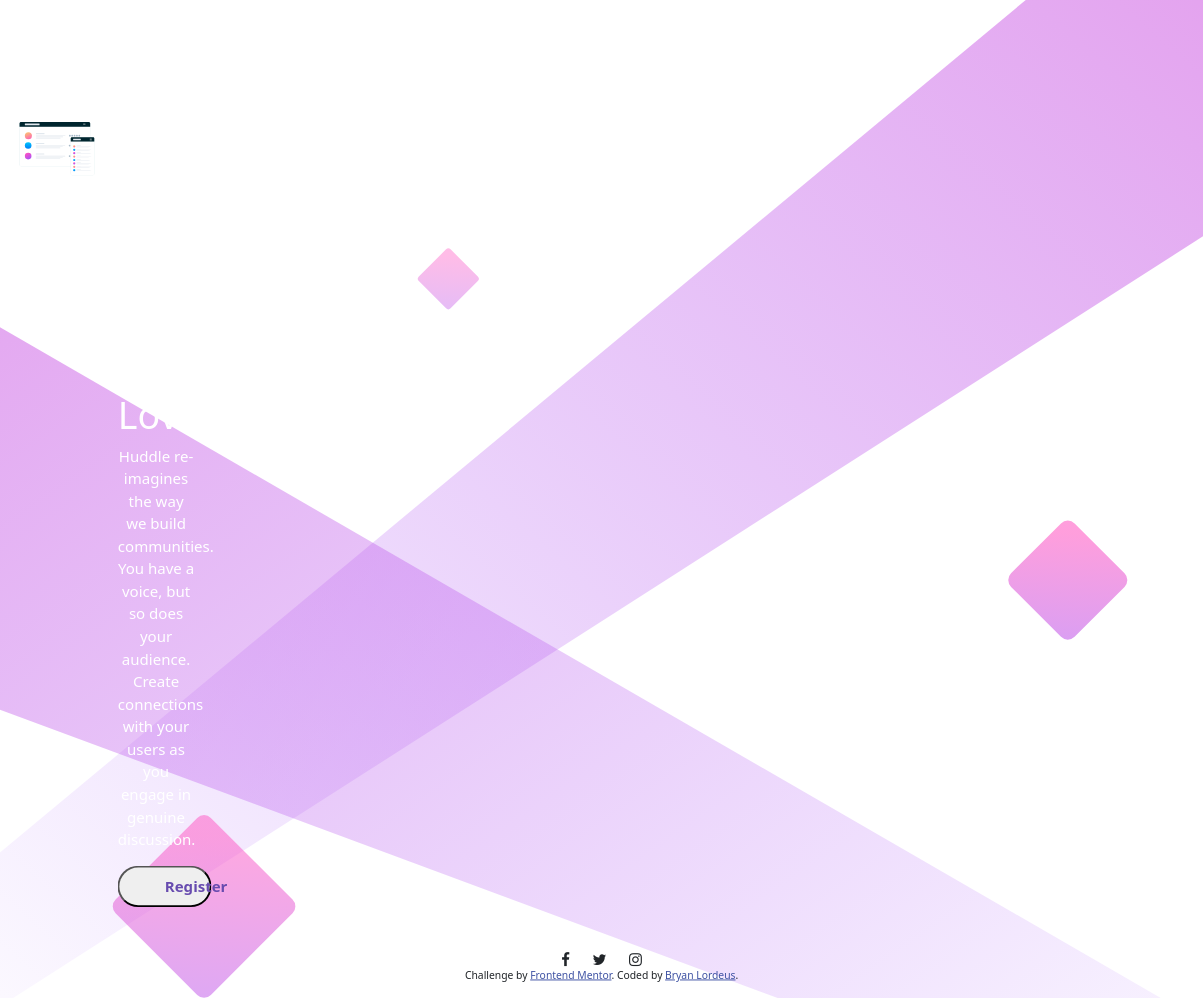
Repository: blordeus/huddle-landing-page-with-single-introductory-section-master
Page: index.html
The author's editor kept a copy of each file at every save. The page is drawn from the files as they stood at one save, then again after the next save.
The browser window is 1280 px wide. The pictures show the whole page, at 94% of full size.
The style sheet was rebuilt from its Sass, Less or Tailwind sources for each picture, by a compiler version that may differ from the author's.

Above is the page before, as saved 2023-08-31 19:52:19.

After the next save:
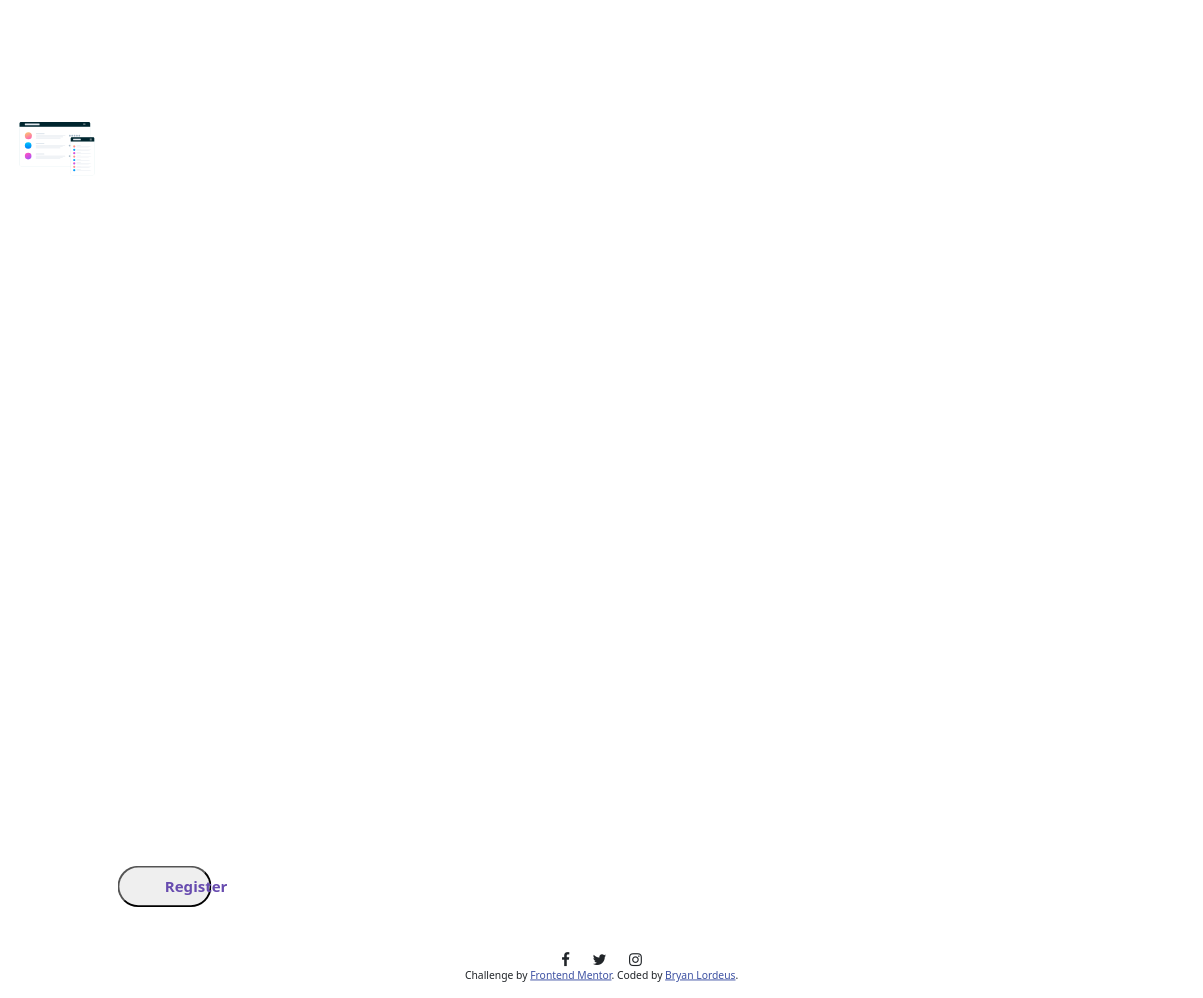
Saved 12 s later.
--- a/style.scss
+++ b/style.scss
@@ -13,7 +13,6 @@
 
 body {
     font-family: 'Open Sans', sans-serif;
-    background-image: url('./images/bg-mobile.svg');
     background-repeat: no-repeat;
     background-color: var(--violet);
     background-size: cover;

After the save that followed:
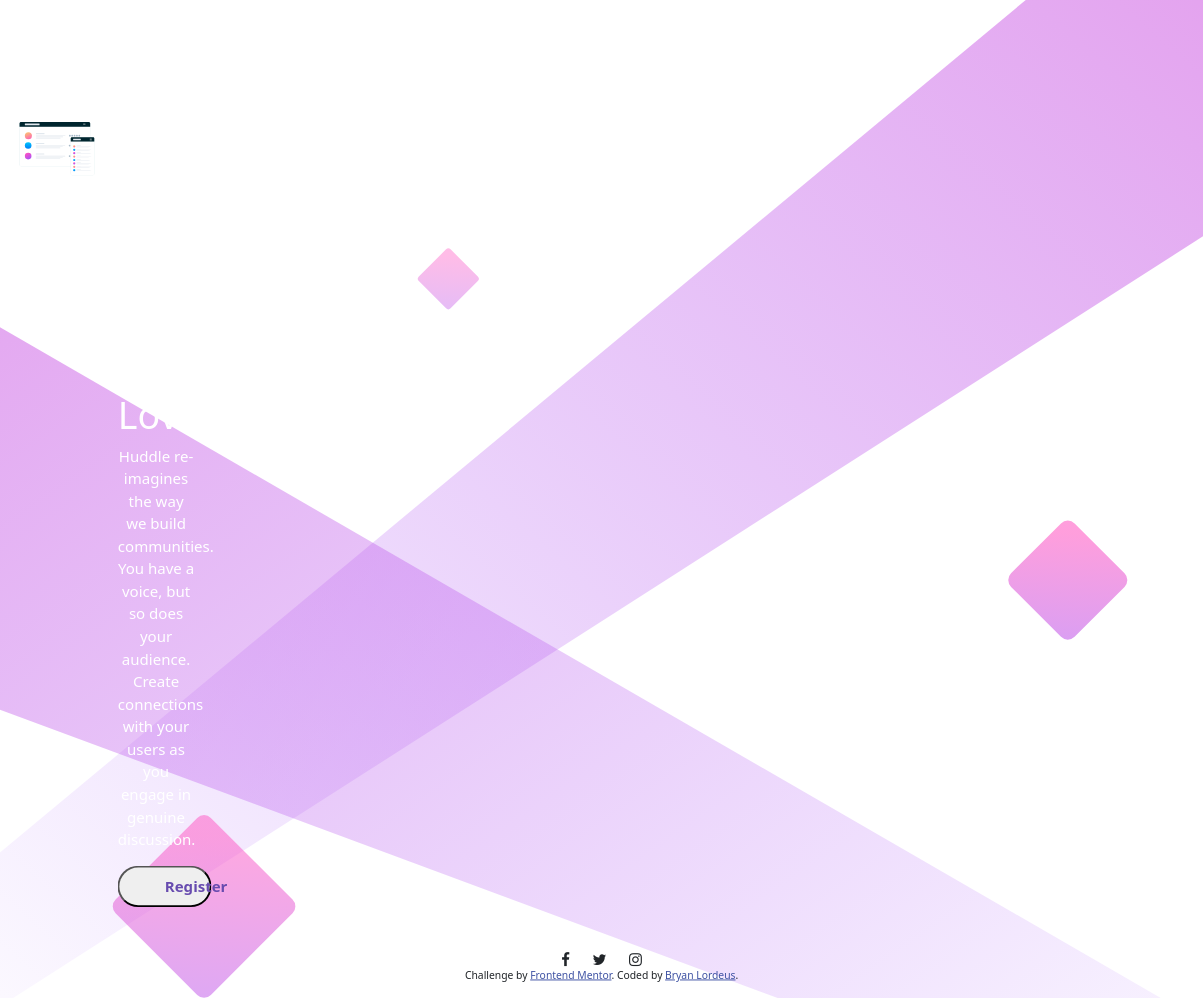
Saved 4 s later.
--- a/style.scss
+++ b/style.scss
@@ -13,6 +13,7 @@
 
 body {
     font-family: 'Open Sans', sans-serif;
+    background-image: url('./images/bg-mobile.svg');
     background-repeat: no-repeat;
     background-color: var(--violet);
     background-size: cover;
